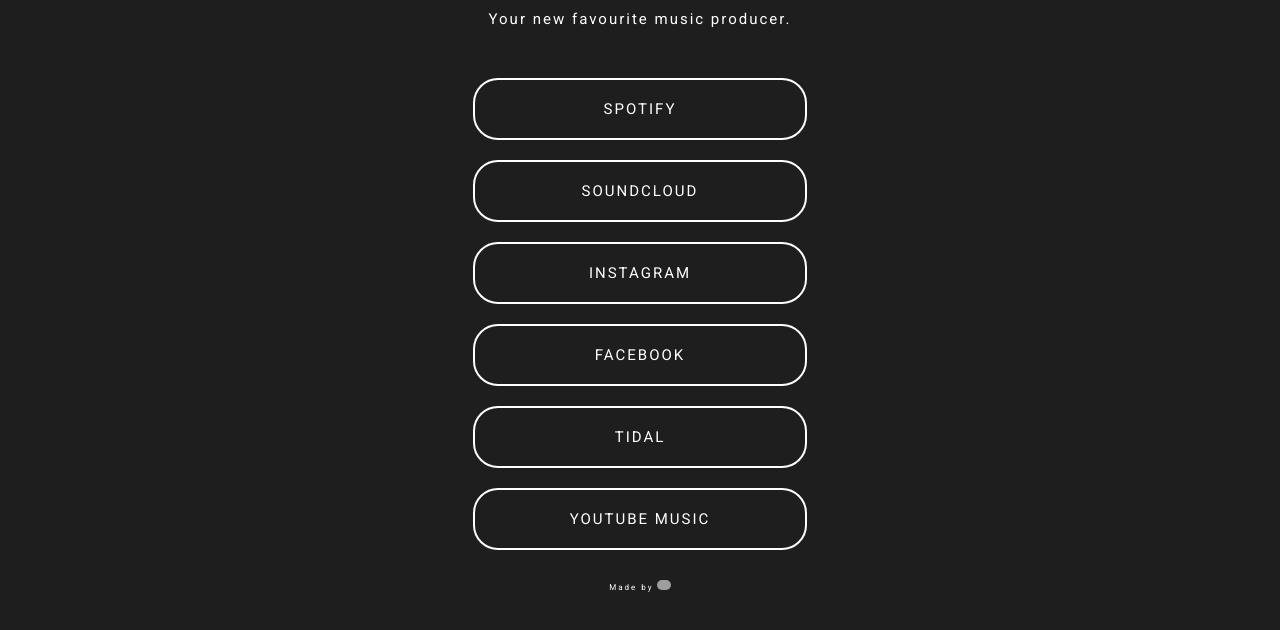
Repository: meywenz/mysite
Page: index.html
The author's editor kept a copy of each file at every save. The page is drawn from the files as they stood at one save, then again after the next save.
The browser window is 1280 px wide. The pictures show the part of the page from y = 440 to 1070 px (the page is 1070 px tall).
Pictures or frames that could not be fetched are drawn as grey boxes. A picture or video elsewhere on the page could not be fetched, so the positions and the page height are approximate.

Above is the page before, as saved 2021-04-08 18:13:20.

After the next save:
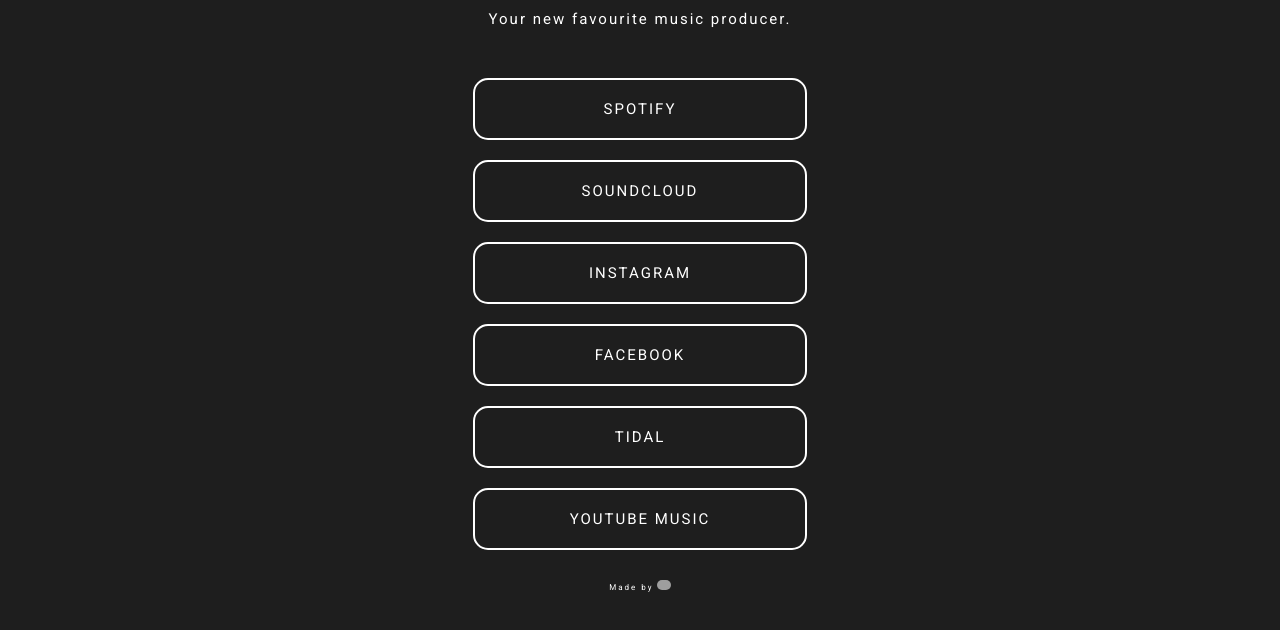
Saved 16 s later.
--- a/styles.css
+++ b/styles.css
@@ -39,7 +39,7 @@
   display: block;
   margin-left: auto;
   margin-right: auto;
-  border-radius: 25px;
+  border-radius: 15px;
 }
 
 a {
